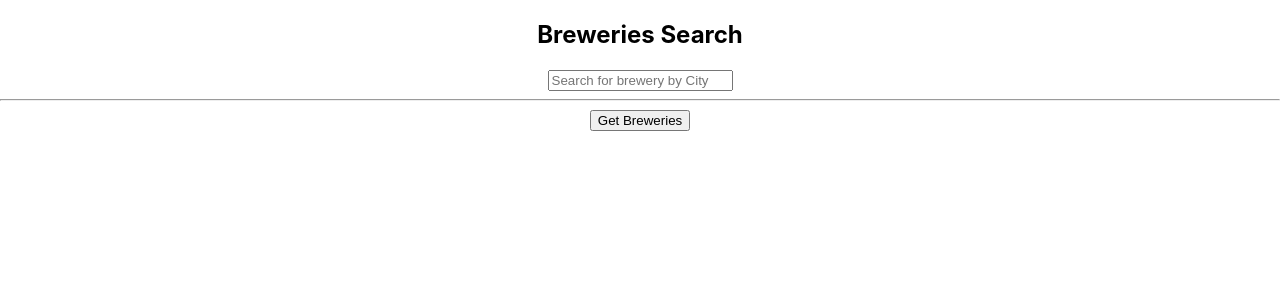
Repository: Babarindeolanrewaju2/react_breweries_app
Page: /
The author's editor kept a copy of each file at every save. The page is drawn from the files as they stood at one save, then again after the next save.
The browser window is 1280 px wide. The pictures show the whole page.
The project was rebuilt for these pictures with package versions that can differ from the ones it lists, and the page was loaded fresh each time. Also part of the build but not shown: src/component/Breweries.js, src/component/ByCity.js, src/component/ByType.js.

Above is the page before, as saved 2020-03-30 10:53:42.

### src/App.js
import React, { Component } from 'react';
import { Breweries } from './component/Breweries';
import { ByCity } from './component/ByCity';
import { ByType } from './component/ByType';
import './App.css';

class App extends Component {
  constructor(props) {
    super(props);
    this.state = {
      query: '',
      breweries: [],
      byCitys: [],
      byTypes: [],
    }
  }

  breweries = () => {
    const BASE_URL = `https://api.openbrewerydb.org/breweries`;
    fetch(`${BASE_URL}`, {
      method: 'GET'
    })
      .then(response => response.json())
      .then(json => {
        console.log('breweries', json);
        this.setState({ breweries: json });
      })
  }

  getBreweryByCity = () => {
    const BASE_URL = `https://api.openbrewerydb.org/breweries?by_city=`;
    fetch(`${BASE_URL}${this.state.query}`, {
      method: 'GET'
    })
      .then(response => response.json())
      .then(json => {
        console.log('by_city', json);
        this.setState({ byCitys: json });
      })
  }

  getBreweryByType = (e, type) => {
    const BASE_URL = `https://api.openbrewerydb.org/breweries?by_type=`;
    fetch(`${BASE_URL}${type}`, {
      method: 'GET'
    })
      .then(response => response.json())
      .then(json => {
        console.log('by_city', json);
        this.setState({ byTypes: json });
      })
  }

  render() {
    return (
      <div className="App">
        <h2 className="title">Breweries Search</h2>
        <input
          type="text"
          placeholder="Search for brewery by City"
          onChange={event => { this.setState({ query: event.target.value }) }}
          onKeyPress={event => {
            if (event.key === "Enter") {
              this.getBreweryByCity()
            }
          }}
        />
        {this.state.byCitys.map(byCity => (<ByCity key={byCity.id} byCity={byCity} getBreweryByType={this.getBreweryByType} />))}
        {this.state.byTypes.map(byType => (<ByType key={byType.id} byType={byType} />))}

        <hr />

        <button
          type="text"
          onClick={event => { this.breweries() }}
        >Get Breweries
        </button>
        {this.state.breweries.map(brewery => (<Breweries key={brewery.id} brewery={brewery} />))}
      </div>
    )
  }
}

export default App;

Loaded but not shown: public/index.html (common file); src/index.js (common file); src/index.css (common file); src/serviceWorker.js (common file); src/App.css (common file)

After the next save:
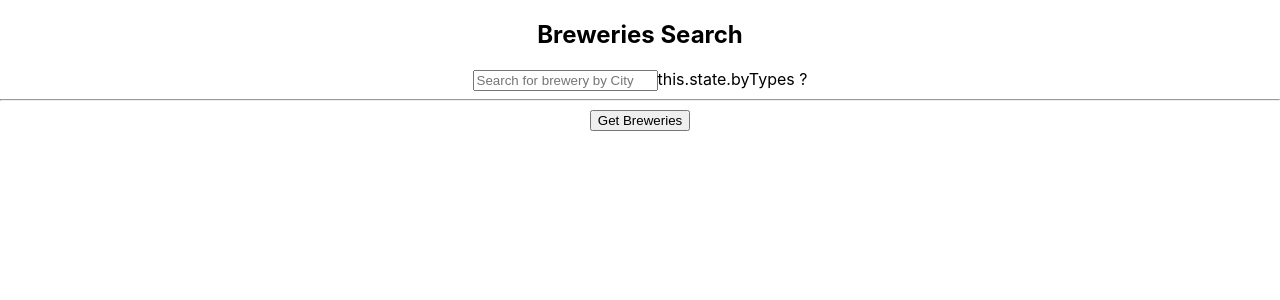
Saved 43 s later.
--- a/src/App.js
+++ b/src/App.js
@@ -66,7 +66,7 @@ class App extends Component {
           }}
         />
         {this.state.byCitys.map(byCity => (<ByCity key={byCity.id} byCity={byCity} getBreweryByType={this.getBreweryByType} />))}
-        {this.state.byTypes.map(byType => (<ByType key={byType.id} byType={byType} />))}
+        this.state.byTypes ? {this.state.byTypes.map(byType => (<ByType key={byType.id} byType={byType} />))}
 
         <hr />
 
